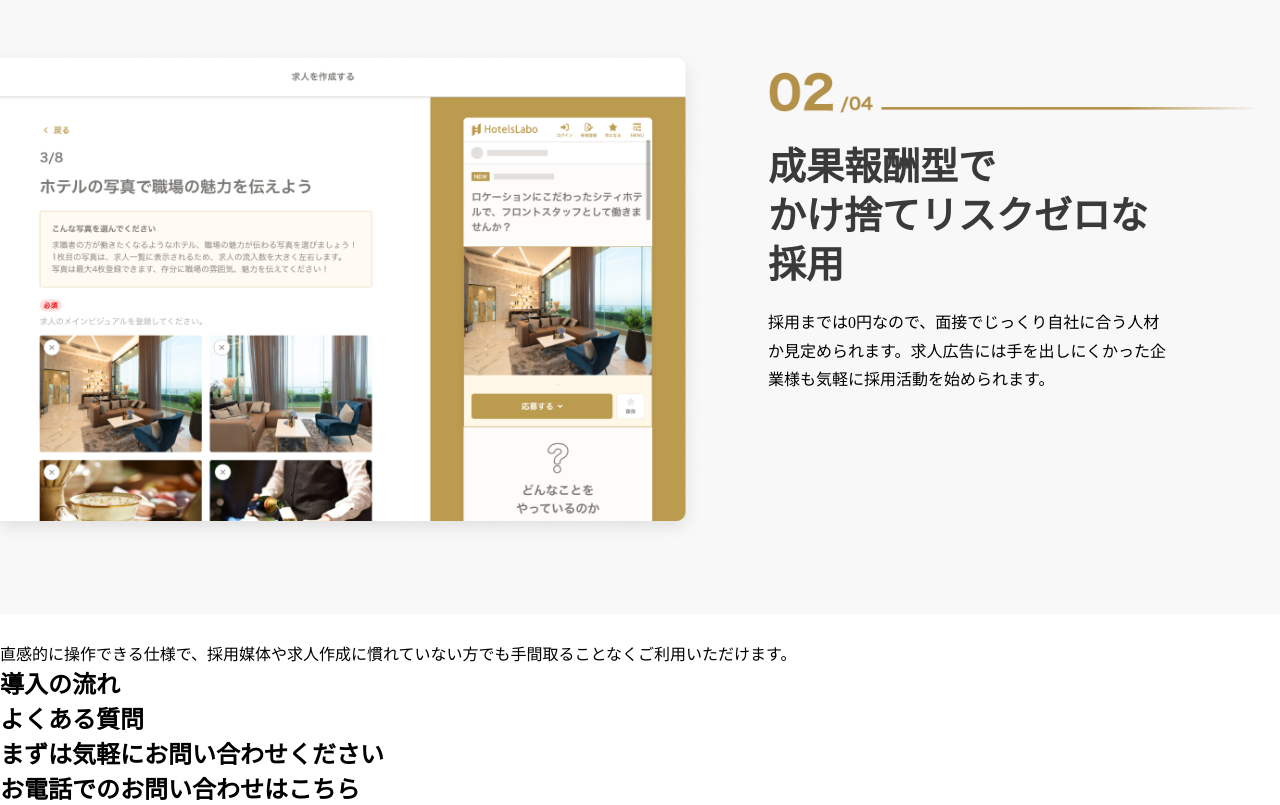
Repository: FujieRyou/to_b_lp
Page: index.html
An editor plug-in stored every save of this project. The page is shown before and after the next save, followed by the edit.
The browser window is 1280 px wide. The pictures show the part of the page from y = 2195 to 3000 px (the page is 3000 px tall).
A picture or video elsewhere on the page could not be fetched, so the positions and the page height are approximate.

Above is the page before, as saved 2024-03-04 13:02:50.
Not found: index.js

After the next save:
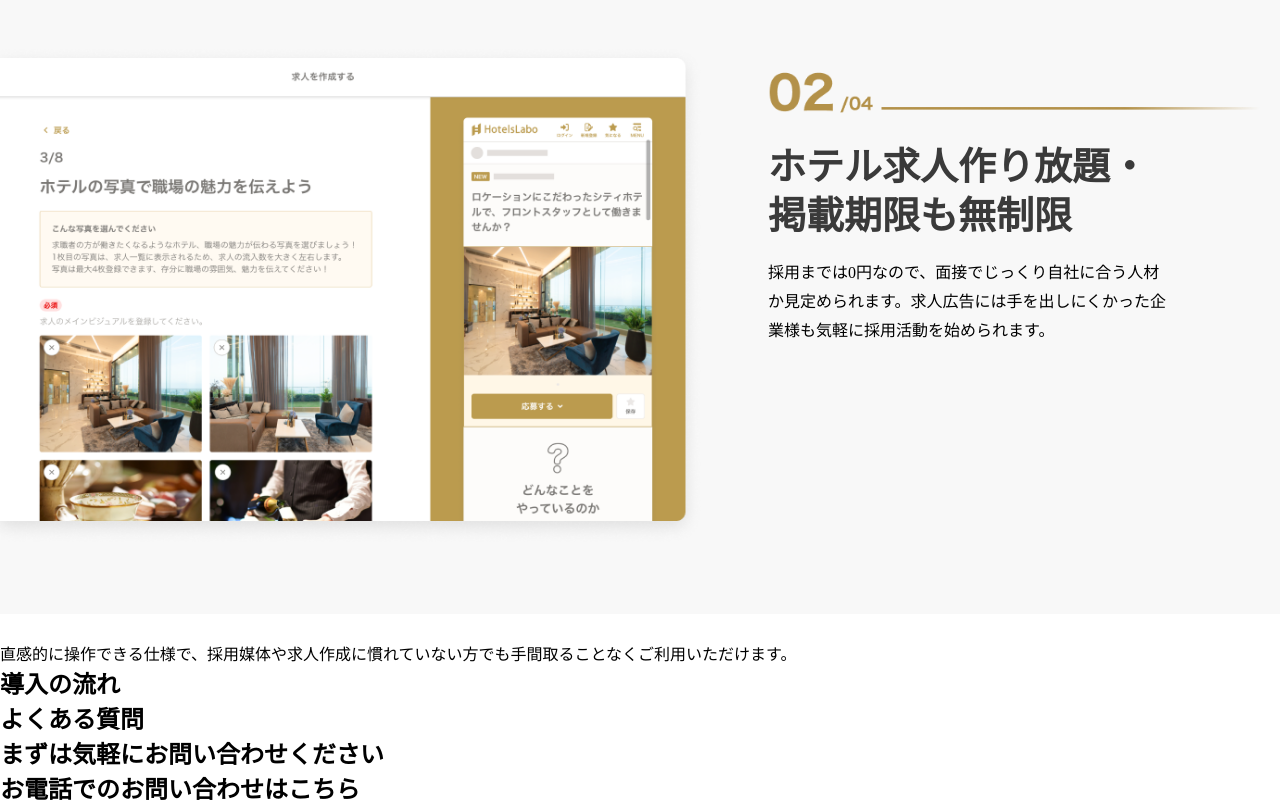
Saved 41 s later.
--- a/index.html
+++ b/index.html
@@ -113,7 +113,7 @@
                             </figure>
                             <div class="performanceRewardExplanationWrap">
                                 <img src="img/reason2.png" alt="理由02/04">
-                                <h3>成果報酬型で<br>かけ捨てリスクゼロな<br>採用</h3>
+                                <h3>ホテル求人作り放題・<br>掲載期限も無制限</h3>
                                 <p>採用までは0円なので、面接でじっくり自社に合う人材か見定められます。求人広告には手を出しにくかった企業様も気軽に採用活動を始められます。</p>
                             </div>
                         </div>
